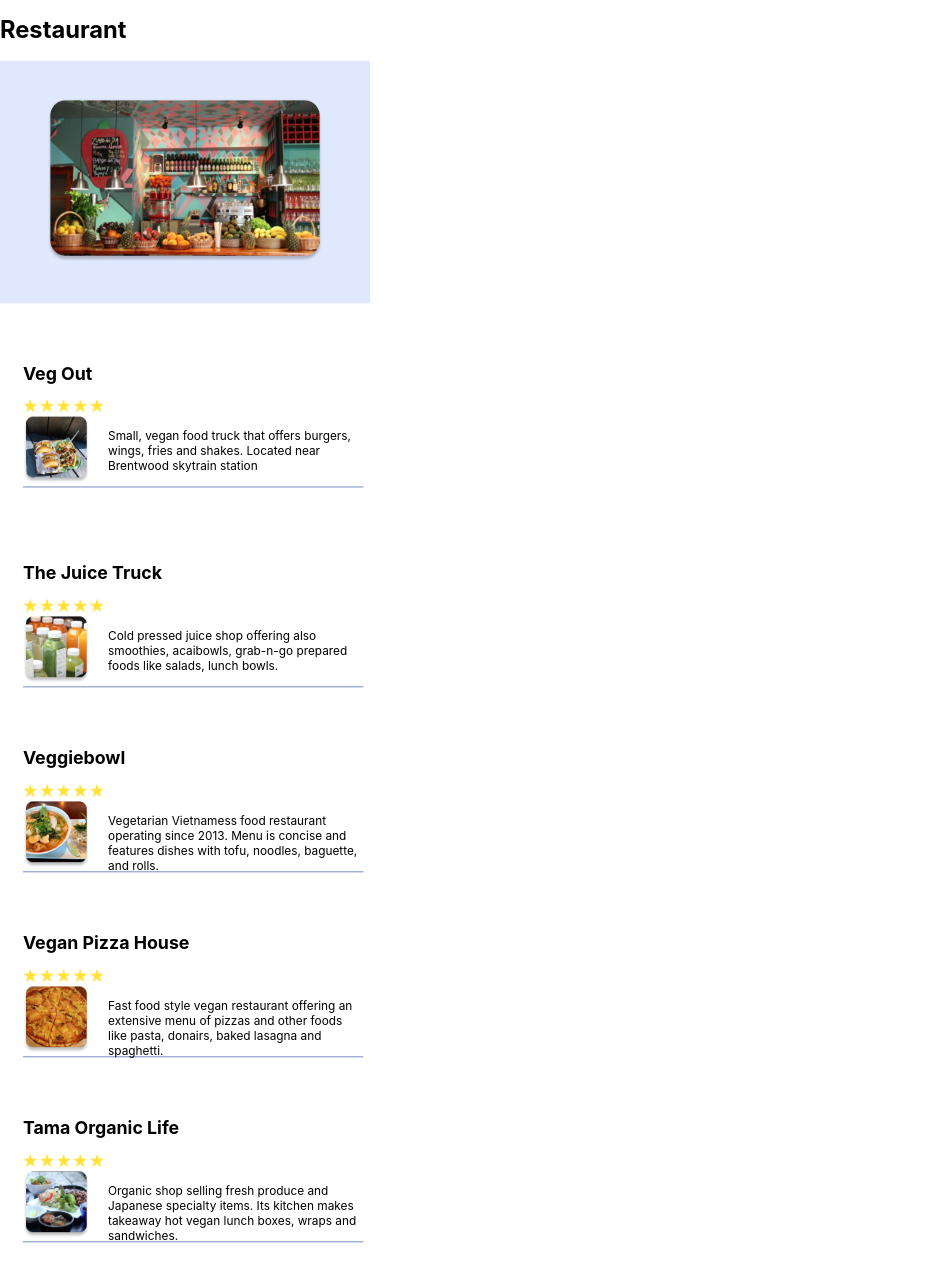
Repository: Kinakopan/design_mindfulEating_site
Page: /restaurant (app in firstapp/)
An editor plug-in stored every save of this project. The page is shown before and after the next save, followed by the edit.
The browser window is 1280 px wide. The pictures show the whole page, at 74% of full size.
The project was rebuilt for these pictures with package versions that can differ from the ones it lists, and the page was loaded fresh each time. The framework's server and built-in components were replaced by stand-ins that run in the browser. Also part of the build but not shown: firstapp/next.config.js.

Above is the page before, as saved 2022-04-21 11:00:08.

### firstapp/pages/restaurant.js
import ImgCard from "../comps/ImgCard";
import RestaurantCard from "../comps/RestaurantCard";



export default function Restaurant(){

    return (
    <div>
        <h1>Restaurant</h1>

        <ImgCard
        img="/restaurant.png"
        bg="#E0E8FD"/>


    <main>
        <RestaurantCard>
        </RestaurantCard>
        <br></br>

        <RestaurantCard
            img="/juice truck.png"
            h2="The Juice Truck"
            txt="Cold pressed juice shop offering also smoothies, acaibowls, grab-n-go prepared foods like salads, lunch bowls."
        ></RestaurantCard>

        <RestaurantCard
            img="/veggie bowl.png"
            h2="Veggiebowl"
            txt="Vegetarian Vietnamess food restaurant operating since 2013. Menu is concise and features dishes with tofu, noodles, baguette, and rolls."
        ></RestaurantCard>

         <RestaurantCard
            img="/vegan pizza.png"
            h2="Vegan Pizza House"
            txt="Fast food style vegan restaurant offering an extensive menu of pizzas and other foods like pasta, donairs, baked lasagna and spaghetti."
        ></RestaurantCard>

        <RestaurantCard
            img="/Tama img.png"
            h2="Tama Organic Life"
            txt="Organic shop selling fresh produce and Japanese specialty items. Its kitchen makes takeaway hot vegan lunch boxes, wraps and sandwiches."
        ></RestaurantCard>


    </main>
    </div>

    )
}

### firstapp/comps/ImgCard.js
import { Children } from 'react';
import styled from 'styled-components';

const CardCont = styled.div`
    background-color: ${props=>props.cl};
    color: ${props=>props.text_cl};
    min-width: 375px;
    max-width: 500px;
    padding: 1em 3em 1em 3em;
    border-radius: ${props=>props.border_radius};
    margin: ${props=>props.margin};
`;

const DispImage = styled.img`
    width: 100%;
    padding: 1em;
    margin: ${props=>props.image_margin};
`;

const List = styled.div`
    text-align: right;
`;

export default function ImgCard({
    img="/food1.png",
    bg="#E0E8FD",
    tcl="#08213E",
    title="",
    txt="",
    bor="",
    mar="",
    n1,n2,n3,n4="",
    marg="",
    Children=null

}){

    return <CardCont cl={bg} text_cl={tcl} border_radius={bor} margin={mar}>
        <h1>{title}</h1>
        <DispImage src={img} image_margin={marg}/>
        <br/>
        <List>
            <h2>{n1}</h2>
            <h2>{n2}</h2>
            <h2>{n3}</h2>
            <h2>{n4}</h2>
        </List>
        <p>{txt}</p>
        {Children}

    </CardCont>
}

### firstapp/comps/RestaurantCard.js

import styled from 'styled-components';


const ReCont = styled.div`
background-color:white;
width:500px;
position:relative;
height: 250px;
top:50px;
left: 1px;
padding: 10px 10px 10px 30px;
`
;

const ReImg = styled.img`
width:90px;



`;


const Text = styled.p`
float:right;
width:75%;
font-size: 16px;
text-align: left;
margin: 3 3 3 3;

`
;


const ResItem = styled.div`
border-bottom:2px solid #A2b0d3;
`
;

const Title = styled.h2`
width:250px;

`
;

const Button = styled.img`
top:100px;
background-color:"red";
height:20px;
`


export default function RestaurantCard({
    img="/veg out.png",
    bg="#E0E8FD",
    h2="Veg Out",
    txt="Small, vegan food truck that offers burgers, wings, fries and shakes. Located near Brentwood skytrain station",


}){

    return <ReCont
    cl={bg} txt={txt}>
    <Title>{h2}</Title>
    <Button img src="/start rating.png"></Button>
    <ResItem>

        <ReImg src={img}></ReImg>

        <Text>{txt}</Text>


    </ResItem>


    </ReCont>

}


//export default function RestaurantCard(){
    //return(
   //     <img src="/veg out.png" />
   // )

//}

Loaded but not shown: firstapp/pages/_app.js (common file); firstapp/styles/globals.css (common file)

After the next save:
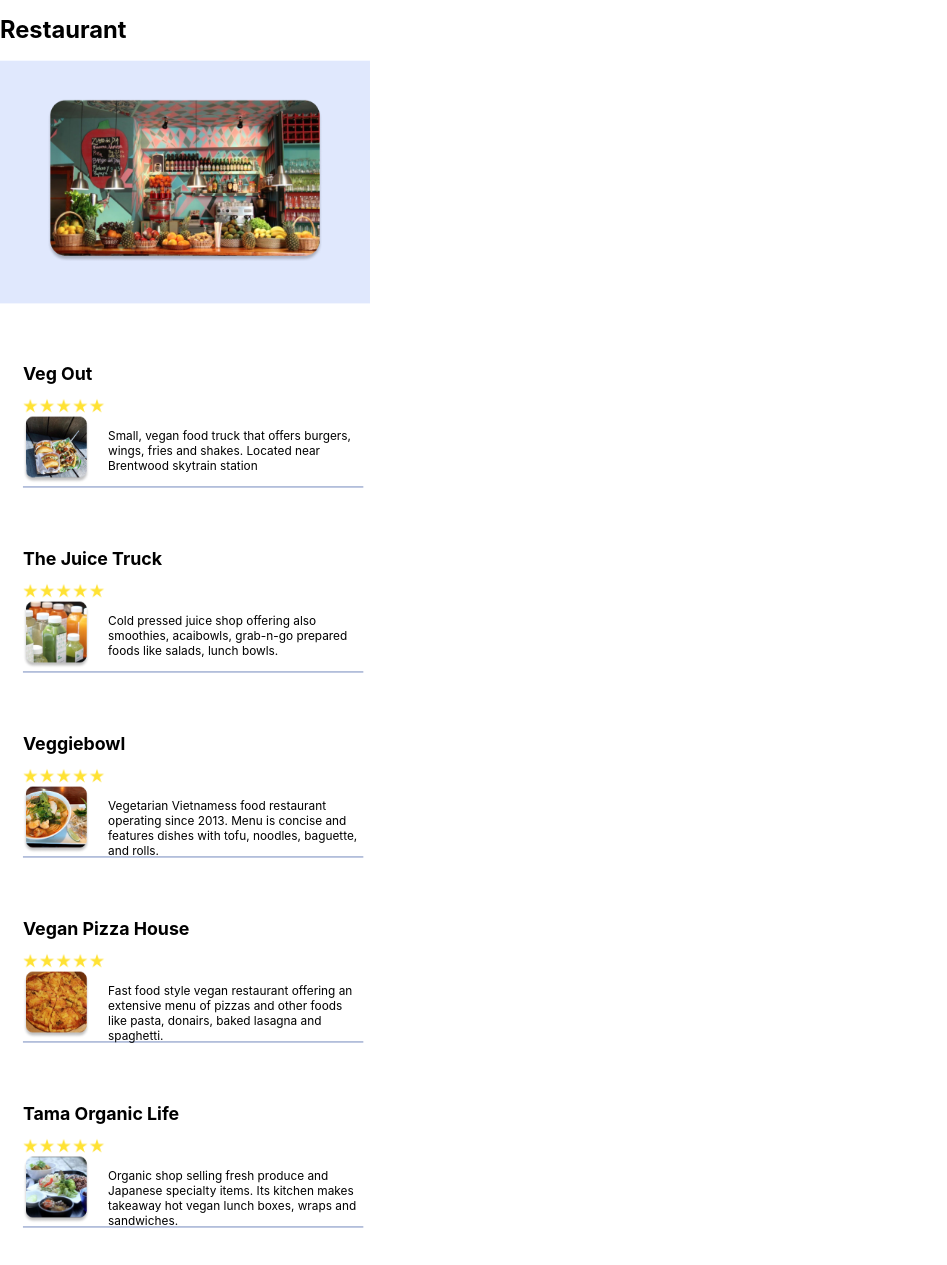
Saved 9 s later.
--- a/firstapp/pages/restaurant.js
+++ b/firstapp/pages/restaurant.js
@@ -17,7 +17,6 @@ export default function Restaurant(){
     <main>
         <RestaurantCard>
         </RestaurantCard>
-        <br></br>
 
         <RestaurantCard
             img="/juice truck.png"
